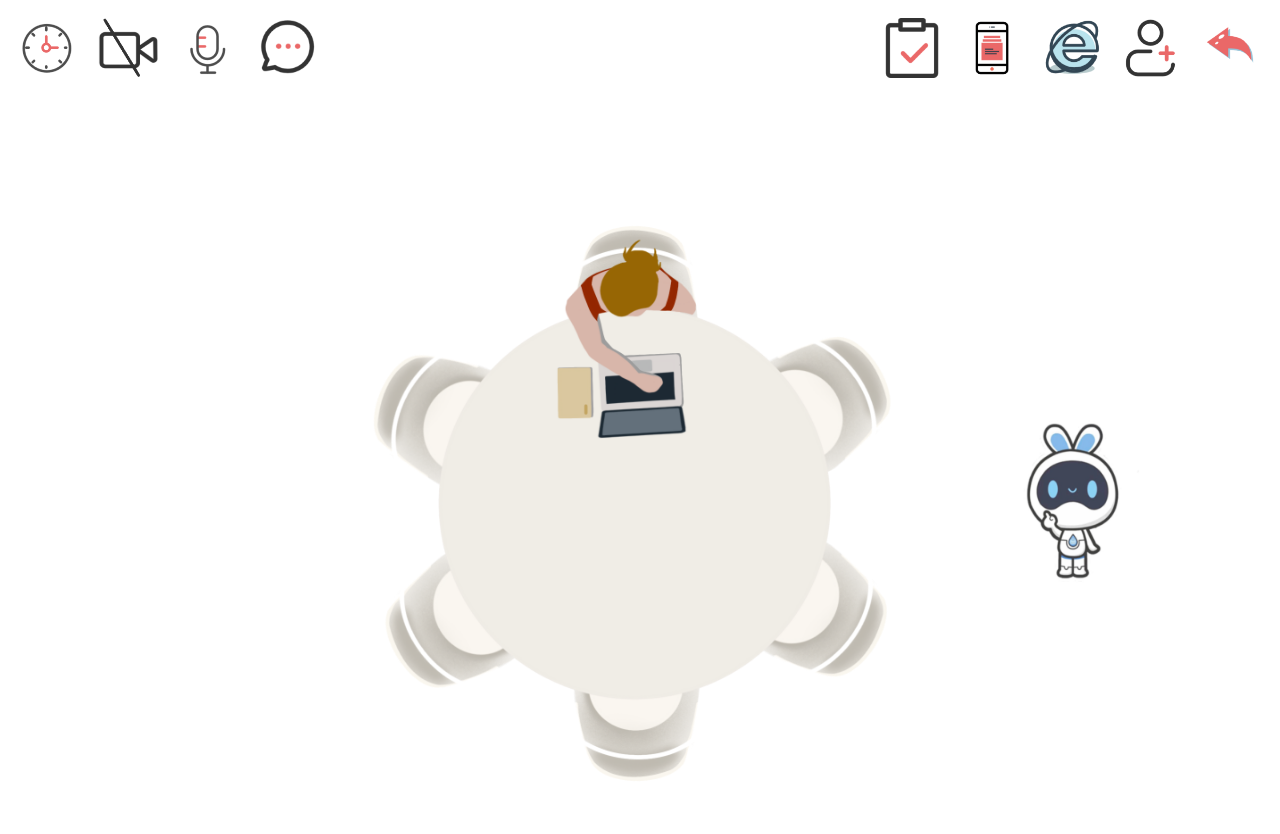
Repository: Team-Extrememe/Online-Study-Room
Page: guide1.html
These files come from the project's save history. The page is drawn as it stood at one moment and after the next save; the edit follows.
The browser window is 1280 px wide. The pictures show the whole page.

Above is the page before, as saved 2021-10-13 17:32:02.

### guide1.html
<!DOCTYPE html>
<html lang="en">
<head class="header">
    <meta charset="UTF-8">
    <meta http-equiv="X-UA-Compatible" content="IE=edge">
    <meta name="viewport" content="width=device-width, initial-scale=1.0">
    <link rel="stylesheet" href="./css/styles.css">
    <script src="js/jquery-3.6.0.min.js" type="text/javascript"></script>
    <script src="./js/scipt_studyroom.js"></script>
    <script type="text/javascript" src="js/javascript.js"></script>
    <title>Study alone</title>
</head>
<body>
    <div class="left">
        <ul id="nav_left">
        <li>
            <img class="clock" src="./Images/clock.png" alt="clock">
            <div>
                <!-- <span class="selected_time"></span> -->
            </div>
            <div id="light9" class="increase_time" style="border: 2px solid rgb(100, 119, 185);border-radius: 10px;box-shadow: rgba(17, 17, 26, 0.1) 0px 4px 16px, rgba(17, 17, 26, 0.05) 0px 8px 32px;">
                <div class="close_guide_button6">&times;</div>
                <span>Increase Your Duration</span>
                <input id="increasetime" type="time" step='1' min="00:00:00" max="24:00:00">
                <button class="confirm">Confirm</button>
            </div>
        </li>
        <li>


            <div class="camera">
                <img src="./Images/camera_close.png" alt="video" id="video">
            </div>
            <div id="light8" class="preview">
                <div class="close_guide_button5">&times;</div>
                <span>Preview</span>
                <video autoplay="true" id="videoElement">

                </video>
                <button class="turnOn">Turn On</button>
            </div>


        </li>
        <li>
            <div>
                <img src="./Images/micro.png" alt="micro" id="micro">
            </div>
        </li>
        <li>
            <img class="chat" src="./Images/chat.png" alt="chat">
        </li>
        </ul>
        <div id="light10" class="chat_frame" style="border: 2px solid grey;box-shadow: rgba(0, 0, 0, 0.16) 0px 10px 36px 0px, rgba(0, 0, 0, 0.06) 0px 0px 0px 1px;">
            <!-- <div class="close_guide_button7">&times;</div> -->
            <span class="room_id"></span>
            <br>
            <span class="room_size"></span>
            <br>
            <span class="dashed_line"></span>
            <span class="history">History</span>
            <span class="dashed_line"></span>
            <div id="out" class="textfield"></div>
            <div style="border-top: 1px solid black; height: 35px;">
                <input id="message" type="text" required>
            </div>

        </div>
    </div>


    <div class="right">
        <ul id="nav_left">
        <li>
            <img src="./Images/log.png" alt="log">
        </li>
        <li>
            <img src="./Images/mobile.png" alt="mobile">
        </li>
        <li>
            <img src="./Images/internet.png" alt="internet">
        </li>
        <li>
            <img src="./Images/invite.png" alt="invite">
        </li>
        <li>
            <img src="./Images/return.png" alt="return">
        </li>
        <li>
            <div>
                <video autoplay="true" id="videoElement2">

                </video>
            </div>
        </li>
        </ul>
    </div>


    <div class="guide">
        <a href="./guide.html" target="_blank">

            <img src="./Images/r.png" alt="guide" id="rb">

        </a>
    </div>






    <div id="fade1" class="black"></div>
</body>
<footer>
    <div id="One">
        <img src="./images/One.png" alt="One">
    </div>

</footer>
</html>

### css/styles.css
#nav_left {
  list-style-type: none;
  margin: 0;
  padding: 0;
  overflow: hidden;
  /* background-color: #333; */
}

#nav_left li{
  float: left;
}

#nav_left li img{
	width: 60px;
	height: 60px;
	margin: 10px;
	margin-bottom: 0px;
	cursor: pointer;
}

.selected_time{
	/* position: absolute;
	left: 16px;
	top: 8%; */
	padding-left: 10px;
}

#nav_right li{
	float: right;
	margin-right: 10%;
}

.left,.right{

	display: inline-block;
}

 .left{
	 float: left;
}

.right
{
	float: right;
}


#One img{
	width: 90%;
	height: 70%;
}


#One{
	position: absolute;
	margin-left: 20%;
	top: 20%;


}

.guide{

	/* position: absolute; */
	position: absolute;
	/* float: right; */
	top: 50%;
	right: 10px;
	/* right: 0; */
	/* margin-top: 20%; */
	/* margin-right: 30%; */

}

.guide a img{
	width: 400px;
	height: 300px;
}

/* footer{
	display: flex;
	align-items: center;
	position: absolute;
	bottom: 0;
} */

/* Change the link color to #111 (black) on hover */
#nav li a:hover {
  background-color: #111;
}

/* camera preview*/
.preview{
	display: none;
    position: absolute;
    bottom: 45%;
    left: 40%;
    width: 360px;
    height: 280px;
    border: 10x solid black;
    background-color: white;
    z-index:1002;
    overflow: none;
}

.preview span{
	position: absolute;
	top: 10%;
	left: 43%;
}

.light8{
    display: block;
}

#fade1{
    display: none;
}

.black{
    display: none;
    position: absolute;
    top: 0%;
    left: 0%;
    width: 100%;
    height: 100%;
    background-color: black;
    z-index:1001;
    opacity:.80;
    filter: alpha(opacity=88);
}

#videoElement{
	width: 215px;
	height: 161px;
	position: absolute;
	bottom: 20%;
	left: 22%;
}

.close_guide_button5{
    position: absolute;
    right: 14px;
    top: 0px;
    font-size: 20px;
    cursor: pointer;
}

.turnOn{
	position: absolute;
	bottom: 5%;
	left: 40%;
    width: 99px;
    height: 30px;
    background: inherit;
    background-color: rgba(51, 51, 51, 1);
    box-sizing: border-box;
    border-width: 3px;
    border-style: solid;
    border-color: rgba(51, 51, 51, 1);
    border-radius: 71px;
    box-shadow: 5px 5px 5px rgb(0 0 0 / 35%);
    font-size: 16px;
    color: rgba(255, 255, 255, 0.996078431372549);
    cursor: pointer;
}

#videoElement2{
	position: absolute;
	right: 5%;
	top: 17%;
	border-radius: 5px;
	width: 240px;
	height: 180px;
}

.videoShadow{
	box-shadow: rgba(6, 24, 44, 0.4) 0px 0px 0px 2px, rgba(6, 24, 44, 0.65) 0px 4px 6px -1px, rgba(255, 255, 255, 0.08) 0px 1px 0px inset;
}

.increase_time{
	display: none;
    position: absolute;
    bottom: 50%;
    left: 44%;
    width: 305px;
    height: 187px;
    border: 10x solid black;
    background-color: white;
    z-index:1002;
    overflow: none;
}

.chat_frame{
	display: none;
	float: left;
	width: 20em;
    height: 20em;
    background-color: white;
    z-index: 1002;
    margin-top: 5em;
	margin-left: 4em;
	overflow: none;
	text-align: center;
}

.light9{
	display: block;
}

.close_guide_button6{
    /* position: absolute;
    right: 14px;
    top: 0px; */
    font-size: 20px;
    cursor: pointer;
	float: right;
	width: 15px;
	margin-right: 10px;
}

.history{
	background-color: #FFF;
    padding: 0 3px;
	margin: auto;
	color: #686868;
}

.textfield{
	height: 180px;
	overflow-y: auto;
}

.textfield p{
	margin: 0;
	text-align: left;
}

#message{
	border: hidden;
	border-radius: 10px;
	box-shadow: rgba(6, 24, 44, 0.4) 0px 0px 0px 2px, rgba(6, 24, 44, 0.65) 0px 4px 6px -1px, rgba(255, 255, 255, 0.08) 0px 1px 0px inset;
	text-align: left;
	margin-top: 7px;
}

#message:focus{
	border-radius: 10px;
	outline: unset;
}


.chat_frame .dashed_line {
    display: inline-block;
	width: 320px;
	border-top: 1px solid #ccc;
}

.increase_time span{
	margin-left: 66px;
    margin-top: 20px;
	display: inline-block;
	font-weight: bold;
}

#increasetime{
	float: left;
    margin-left: 100px;
    font-size: 20px;
	margin-top: 40px;
	font-family: Arial, Helvetica, sans-serif;
}

.confirm{
	float: left;
    margin-top: 20px;
    margin-left: 107px;
    width: 100px;
    height: 35px;
	background: inherit;
    background-color: rgba(51, 51, 51, 1);
    box-sizing: border-box;
    border-width: 3px;
    border-style: solid;
    border-color: rgba(51, 51, 51, 1);
    border-radius: 71px;
    box-shadow: 5px 5px 5px rgb(0 0 0 / 35%);
    font-size: 16px;
    color: rgba(255, 255, 255, 0.996078431372549);
	cursor: pointer;
}

### js/javascript.js
$(document).ready(function(){

    $(".create").click(function(){
        openDialog();
    });

    $(".join").click(function(){
        openDialog2();
    });

    $(".close_button").click(function(){
        closeDialog();
    })

    $(".close_button2").click(function(){
        closeDialog2();
    })

    $(".close_guide_button").click(function(){
        closeBubble();
    });

    $(".next").click(function(){
        closeBubble();
        document.getElementById('fade1').style.display='block';
        document.getElementById('light4').style.display='block';
        $(".rabbit2").css("display", "block");
    });

    $(".next2").click(function(){
        closeBubble2();
        document.getElementById('fade1').style.display='block';
        document.getElementById('light5').style.display='block';
        $(".rabbit3").css("display", "block");
    });

    $(".next3").click(function(){
        closeBubble3();
        document.getElementById('fade1').style.display='block';
        document.getElementById('light6').style.display='block';
        $(".rabbit4").css("display", "block");
    });

    $(".next4").click(function(){
        closeBubble4();
        // document.getElementById('fade1').style.display='block';
        // document.getElementById('light7').style.display='block';
        // $(".rabbit5").css("display", "block");
    });

    $(".repeatguide").click(function(){
        openBubble();
    });

    $(".close_guide_button2").click(function(){
        closeBubble2();
    });

    $(".close_guide_button3").click(function(){
        closeBubble3();
    });

    $(".close_guide_button4").click(function(){
        closeBubble4();
    });

    $(".end").click(function(){
        closeBubble5();
    });

    $(".back").click(function(){
        closeBubble2();
        openBubble();
    });

    $('.back2').click(function(){
        closeBubble3();
        openBubble2();
    });

    $('.back3').click(function(){
        closeBubble4();
        openBubble3();
    });

    // $('.repeat').click(function(){
    //     closeBubble5();
    //     openBubble();
    // });

    function openDialog(){
        document.getElementById('light').style.display='block';
        document.getElementById('fade').style.display='block';
    }

    function openDialog2(){
        document.getElementById('light2').style.display='block';
        document.getElementById('fade').style.display='block';
    }

    function closeDialog(){
        document.getElementById('light').style.display='none';
        document.getElementById('fade').style.display='none';
    }

    function closeDialog2(){
        document.getElementById('light2').style.display='none';
        document.getElementById('fade').style.display='none';
    }

    function openBubble(){
        document.getElementById('light3').style.display='block';
        document.getElementById('fade1').style.display='block';
        $(".rabbit").css("display", "block");
    }

    function openBubble2(){
        document.getElementById('light4').style.display='block';
        document.getElementById('fade1').style.display='block';
        $(".rabbit2").css("display", "block");
    }

    function openBubble3(){
        document.getElementById('light5').style.display='block';
        document.getElementById('fade1').style.display='block';
        $(".rabbit3").css("display", "block");
    }


    function closeBubble(){
        document.getElementById('light3').style.display='none';
        document.getElementById('fade1').style.display='none';
        $(".rabbit").css("display", "none");
    }

    function closeBubble2(){
        document.getElementById('light4').style.display='none';
        document.getElementById('fade1').style.display='none';
        $(".rabbit2").css("display", "none");
    }

    function closeBubble3(){
        document.getElementById('light5').style.display='none';
        document.getElementById('fade1').style.display='none';
        $(".rabbit3").css("display", "none");
    }

    function closeBubble4(){
        document.getElementById('light6').style.display='none';
        document.getElementById('fade1').style.display='none';
        $(".rabbit4").css("display", "none");
    }

    function closeBubble5(){
        document.getElementById('light7').style.display='none';
        document.getElementById('fade1').style.display='none';
        $(".rabbit5").css("display", "none");
    }

    //display chat
    var chatdisplay = 0
    $('.chat').click(function(){
        if (chatdisplay == 0) {
            document.getElementById('light10').style.display='block';
            var people = localStorage.getItem("amount");
            var roomID = localStorage.getItem("roomID");
            $(".room_size").html("Room Size: " + people);
            $(".room_id").html("Room ID: " + "0" + roomID);
            chatdisplay = 1;
        }else if(chatdisplay == 1){
            document.getElementById('light10').style.display='none';
            chatdisplay = 0;
        }

    });


    //get room type
    //set duration
    var time;
    $('.confirm_create').click(function(){
        time = $('#time').val();
        localStorage.setItem("time", time);
        var amount = $(".amount").val();
        localStorage.setItem("amount", amount);
        var roomId = Math.floor(100 + Math.random() * 900);
        localStorage.setItem("roomID", roomId);
    });

    var errorCount = 0;
    $('.confirm_create').click(function(){
        var private =  $('.private').is(':checked');
        var public = $('.public').is(':checked');
        // console.log(private);

        if (private && public && errorCount == 0) {
            $('.popup').append("<p class='errorMessage'>Please select either private or public</p>")
            errorCount = 1;
        }else if(private && !public){
            window.location = "main.html";
        }
    })

    //change duration
    $('.confirm').click(function(){
        time = $('#increasetime').val();
        localStorage.setItem("time", time);
        $(".selected_time").html(time);
        countDownTime = time;
        closeClock();
    });

    //get time
    if(localStorage.getItem("time") != null){
        var selected_time = localStorage.getItem("time");
        console.log(selected_time);
        $(".selected_time").html(selected_time);
    }

    //countdown function
    var countDownTime = localStorage.getItem("time");
    var interval = setInterval(function(){
        if(countDownTime == null){
            return;
        }
        var timer = countDownTime.split(':');
        var hours = parseInt(timer[0], 10);
        var minutes = parseInt(timer[1], 10);
        var seconds = parseInt(timer[2], 10);
        --seconds;
        minutes = (seconds < 0) ? --minutes : minutes;
        hours = (minutes < 0) ? --hours : hours;
        hours = (hours < 10)? '0' + hours : hours;
        minutes = (minutes < 0) ? 59 : minutes;
        minutes = (minutes < 10)? '0' + minutes : minutes;
        if(hours < 0) clearInterval(interval);
        seconds = (seconds < 0) ? 59 : seconds;
        seconds = (seconds < 10)? '0' + seconds : seconds;
        $(".selected_time").html(hours + ':' + minutes + ':' + seconds);
        countDownTime = hours + ":" + minutes + ":" + seconds;
        localStorage.setItem("time", countDownTime);
    }, 1000);

    //mic close
    var off = 0;
    $("#micro").click(function(){
        if(off == 0){
            $(this).attr("src", "Images/close_mic.png");
            $(this).css("width", "40px");
            $(this).css("margin-left", "20px");
            $(this).css("margin-right", "20px");
            $(this).addClass("micOff");
            off = 1;
        }else if(off == 1){
            $(this).attr("src", "Images/micro.png");
            $(this).css("width", "60px");
            $(this).css("margin", "10px");
            $(this).css("height", "60px");
            off = 0;
        }

    });

    //set camera
    var cam = 0;
    var newVideo;
    $(".camera").click(function(){
        if(cam == 0){
            document.getElementById('light8').style.display='block';
            document.getElementById('fade1').style.display='block';
            navigator.mediaDevices.getUserMedia({
                video: true
                })
                .then(stream => {
                window.localStream = stream;
                video.srcObject = stream;
                newVideo = stream;
                })
                .catch((err) => {
                console.log(err);
                });
            cam = 1;
        }else if(cam == 1){
            $("#video").attr("src", "Images/camera_close.png");
            localStream.getVideoTracks()[0].stop();
            video.src = '';
            video.srcObject = null;
            video2.srcObject = null;
            cam = 0;
            $("#videoElement2").removeClass("videoShadow");
        }
    });

    //close popup preview
    function closePreview(){
        document.getElementById('light8').style.display='none';
        document.getElementById('fade1').style.display='none';
        cam = 0;
    }

    $(".close_guide_button5").click(function(){
        closePreview();
        $("#video").attr("src", "Images/camera_close.png");
        cam = 0;
    });

    //set new study duration time
    $(".clock").click(function(){
        document.getElementById('light9').style.display='block';
    });

    //close popup
    function closeClock(){
        document.getElementById('light9').style.display='none';
    }

    $(".close_guide_button6").click(function(){
        closeClock();
    });




    const video = document.querySelector('#videoElement');

    const captureVideoButton = document.querySelector('.camera');
    const stopVideoButton = document.querySelector('.close_guide_button5');

    //Capture Video
    // $(captureVideoButton).click(function(){
    //     navigator.mediaDevices.getUserMedia({
    //         video: true
    //         })
    //         .then(stream => {
    //         window.localStream = stream;
    //         video.srcObject = stream;
    //         })
    //         .catch((err) => {
    //         console.log(err);
    //         });
    // });
    // captureVideoButton.onclick = function() {
    //     navigator.mediaDevices.getUserMedia({
    //     video: true
    //     })
    //     .then(stream => {
    //     window.localStream = stream;
    //     video.srcObject = stream;
    //     })
    //     .catch((err) => {
    //     console.log(err);
    //     });
    // };

    stopVideoButton.onclick = function() {
        localStream.getVideoTracks()[0].stop();
        video.src = '';
    };

    // const video2 = document.querySelector('#videoElement2');
    var video2 = document.querySelector('#videoElement2');

    var constraints = { video: {width: 240,height: 180}};
    $(".turnOn").click(function(){
        closePreview();
        $("#video").attr("src", "Images/video.png");
        $(".camera").addClass("on");
        $(".camera").removeClass("camera");
        cam = 1;
        video2.srcObject = newVideo;
        video2.onloadedmetadata = function(e) {
            video2.play();
        };
        $("#videoElement2").addClass("videoShadow");

    //     navigator.mediaDevices.getUserMedia(constraints).then(function(mediaStream) {
    //     video2.srcObject = newVideo;

    //     // $("#videoElement2").css({"border-color": "grey", "border-width" : "1px", "border-style" : "solid"});
        // $("#videoElement2").addClass("videoShadow");
    // });

    });

    // $(window).unload(function(){
    //     localStorage.removeItem("time");
    // });

    window.onbeforeunload = function(e){
        // localStorage.removeItem("time");
        // localStorage.removeItem("roomID");
        // localStorage.removeItem("amount");
    };


    //input message
    $("#message").on('keypress', function(e){
        if(e.which === 13){
            var inputMessage = $("#message").val();
            var dt = new Date();
            var seconds = dt.getSeconds();
            var minutes = dt.getMinutes();
            var hours = dt.getHours();
            if (seconds < 10) {
                seconds = '0' + seconds;
            }else if(minutes < 10){
                minutes = '0' + minutes;
            }else if (hours < 10) {
                hours = '0' + hours;
            }
            var time = hours + ":" + minutes + ":" + seconds;
            if (inputMessage != "") {
                $(".textfield").append("<P>" + "[" + time + "] Helen: " + inputMessage);
            }
            e.preventDefault();
            e.currentTarget.value = "";
        }
    });

});

Loaded but not shown: js/jquery-3.6.0.min.js (library); js/scipt_studyroom.js (no copy from this time; the picture is the same without it)

After the next save:
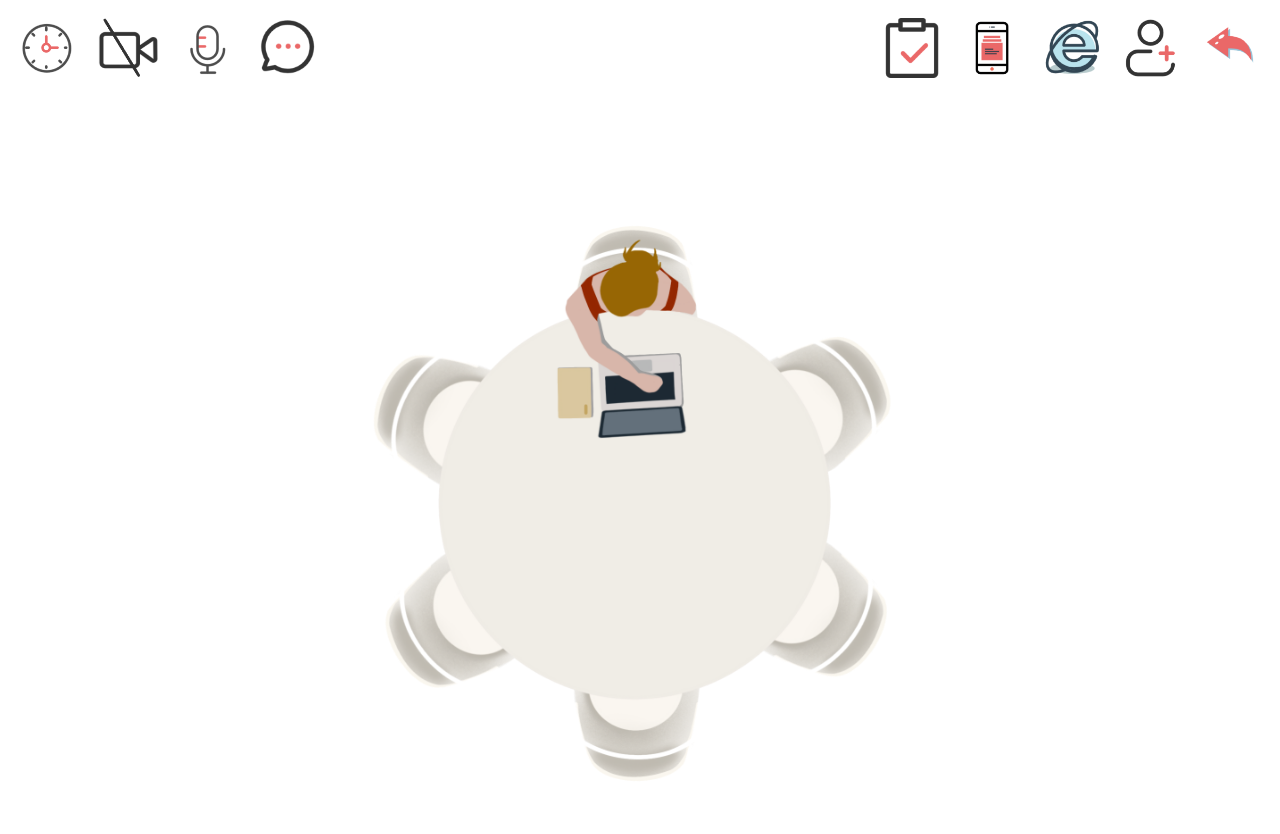
Saved 18 s later.
--- a/guide1.html
+++ b/guide1.html
@@ -97,13 +97,13 @@
     </div>
 
 
-    <div class="guide">
+    <!-- <div class="guide">
         <a href="./guide.html" target="_blank">
 
             <img src="./Images/r.png" alt="guide" id="rb">
 
         </a>
-    </div>
+    </div> -->
 
 
 
